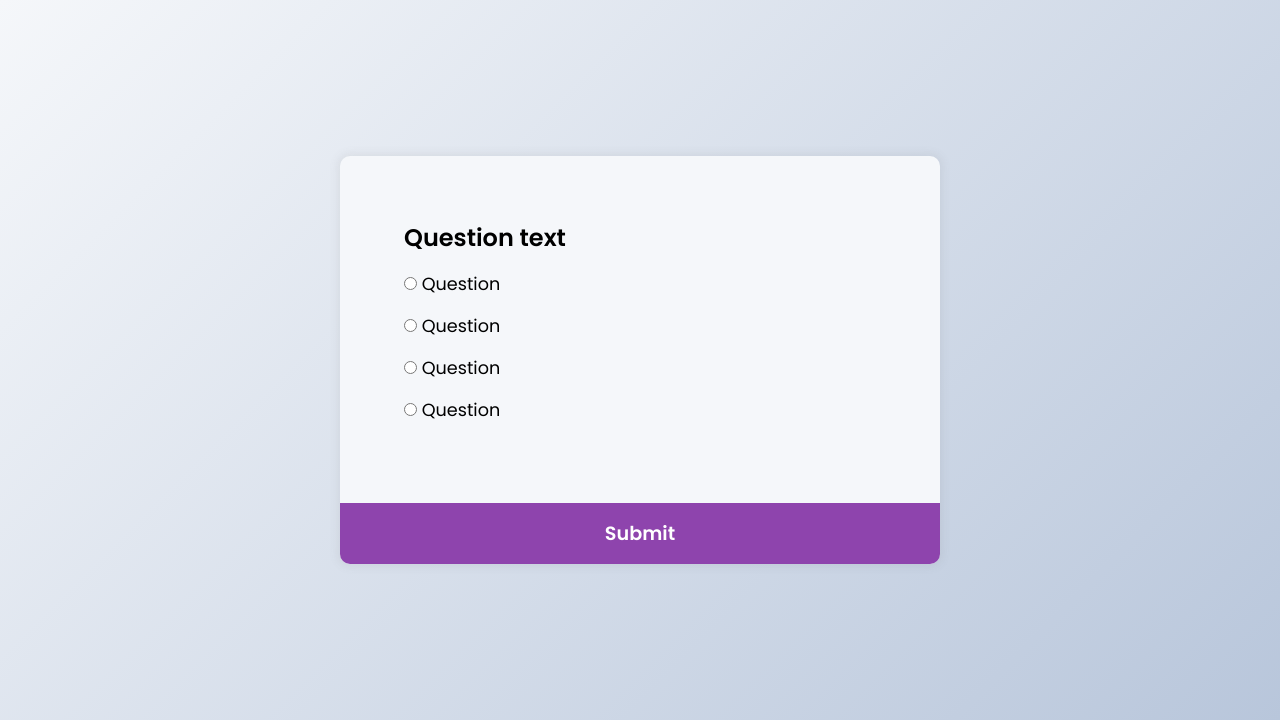
Repository: sevilgenysf/javascript-two
Page: index.html
These files come from the project's save history. The page is drawn as it stood at one moment and after the next save; the edit follows.
The browser window is 1280 px wide. The pictures show the whole page.

Above is the page before, as saved 2022-02-27 15:39:53.
Console error: ReferenceError: currentQuestion is not defined

### index.html
<!DOCTYPE html>
<html lang="en">

<head>
	<meta charset="UTF-8">
	<meta http-equiv="X-UA-Compatible" content="IE=edge">
	<meta name="viewport" content="width=device-width, initial-scale=1.0">
	<link rel="stylesheet" href="./style.css">
	<script src="./index.js" defer></script>
	<title>javascript Day two</title>
</head>

<body>
	<div>
		<div class="quiz-container">
			<div class="quiz-header">
				<h2 id="question">Question text</h2>
				<ul>
					<li>
						<input type="radio" id="a" name="answer">
						<label id="a_text" for="a">Question</label>
					</li>
				</ul>
				<ul>
					<li>
						<input type="radio" id="b" name="answer">
						<label id="b_text" for="b">Question</label>
					</li>
				</ul>
				<ul>
					<li>
						<input type="radio" id="c" name="answer">
						<label id="c_text" for="c">Question</label>
					</li>
				</ul>
				<ul>
					<li>
						<input type="radio" id="d" name="answer">
						<label id="d_text" for="d">Question</label>
					</li>
				</ul>
			</div>
			<button>Submit</button>
		</div>
	</div>
</body>

</html>

### style.css
@import url('https://fonts.googleapis.com/css2?family=Poppins:wght@400;600&family=Roboto:ital,wght@0,300;0,400;0,700;1,500&display=swap');

* {
	margin: 0;
	padding: 0;
	box-sizing: border-box;
}

body {
	display: flex;
	justify-content: center;
	align-items: center;
	background-color: #b8c6db;
	background-image: linear-gradient(315deg, #b8c6db 0%, #f5f7fa 100%);
	font-family: 'Poppins', sans-serif;
	min-height: 100vh;
}

.quiz-container {
	background-color: #f5f7fa;
	width: 600px;
	border-radius: 10px;
	box-shadow: 0 0 10px 2px rgba(100, 100, 100, 0.1);
	max-width: 100%;
	overflow: hidden;
}

.quiz-header {
	padding: 4rem;
}

ul {
	list-style: none;
	padding: 0;
}

ul li {
	font-size: 1.1rem;
	margin: 1rem 0;
}

h2 {
	margin: 0;
}

button {
	background-color: #8e44ad;
	width: 100%;
	padding: 1rem;
	color: #fff;
	font-family: inherit;
	border: none;
	cursor: pointer;
	font-size: 1.2rem;
	font-weight: 600;
	transition: all 0.2s ease-in-out;
}

button:hover {
	background-color: #732d91;
}

### index.js
const quizData = [
	{
		question: 'How old are you?',
		a: '25',
		b: '26',
		c: '27',
		d: '28',
		currect: 'c'
	},
	{
		question: 'What is the most used best programing language in 2019?',
		a: 'Java',
		b: 'C',
		c: 'Python',
		d: 'JavaScript',
		currect: 'a'
	},
	{
		qwstion: 'who is he President of USA?',
		a: 'Trump',
		b: 'Obama',
		c: 'Bush',
		d: 'Clinton',
		currect: 'b'
	},
	{
		question: 'What does HTML stand for?',
		a: 'Hyper Text Markup Language',
		b: 'Cascading style sheet',
		c: 'Jason Object Notation',
		d: 'Aplication Type Markup Language',
		currect: 'a'
	},
	{
		question: 'What year was javaScript launched?',
		a: '1995',
		b: '1996',
		c: '1997',
		d: 'none of the above',
		currect: 'd'
	}
];

const questionEl = document.getElementById('question');
const a_text = document.getElementById('a_text');
const b_text = document.getElementById('b_text');
const c_text = document.getElementById('c_text');
const d_text = document.getElementById('d_text');

let currentQuiz = 0;

loadQuiz();
const currentQuizData = quizData;
console.log(currentQuizData);

function loadQuiz() {
	const currentQuizData = quizData[currentQuestion];
	questionEl.innerText = currentQuizData.question;
	a_text.innerText = currentQuizData.a;
	b_text.innerText = currentQuizData.b;
	c_text.innerText = currentQuizData.c;
	d_text.innerText = currentQuizData.d;
	currentQuestion++;
}

After the next save:
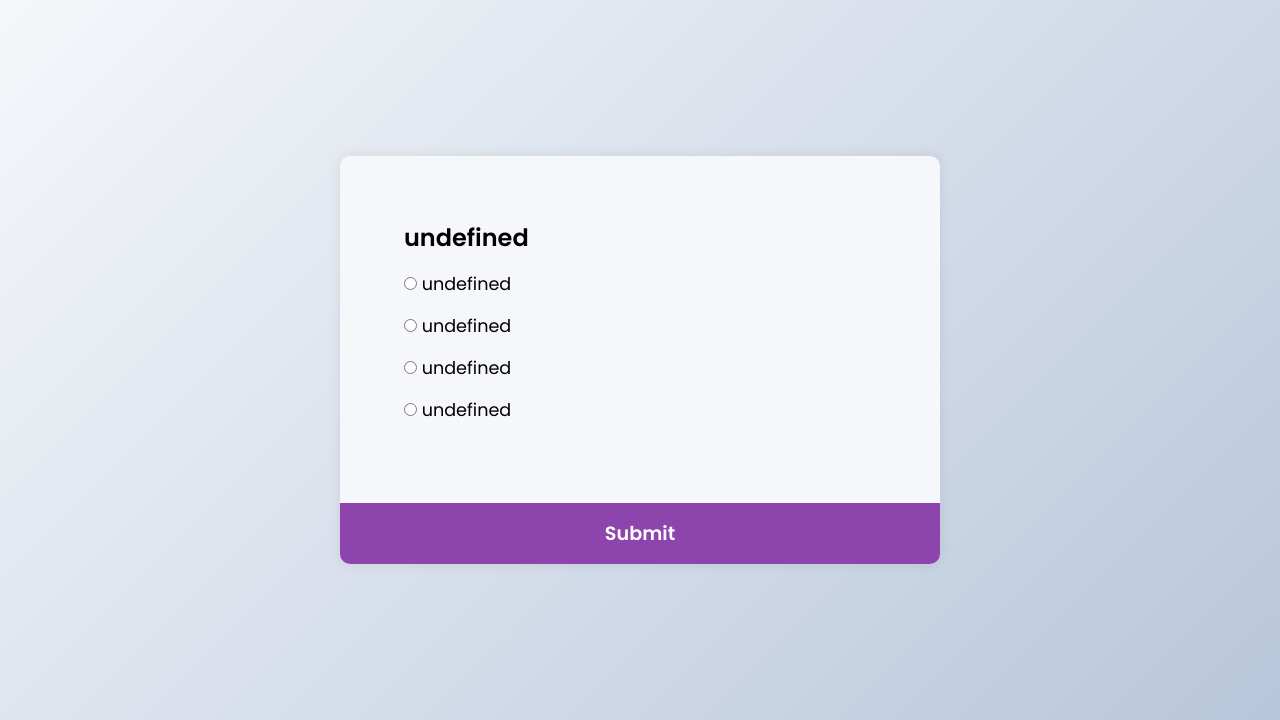
Saved 8 s later.
--- a/index.js
+++ b/index.js
@@ -54,7 +54,7 @@
 console.log(currentQuizData);
 
 function loadQuiz() {
-	const currentQuizData = quizData[currentQuestion];
+	const currentQuizData = quizData;
 	questionEl.innerText = currentQuizData.question;
 	a_text.innerText = currentQuizData.a;
 	b_text.innerText = currentQuizData.b;

After the 2 saves that followed:
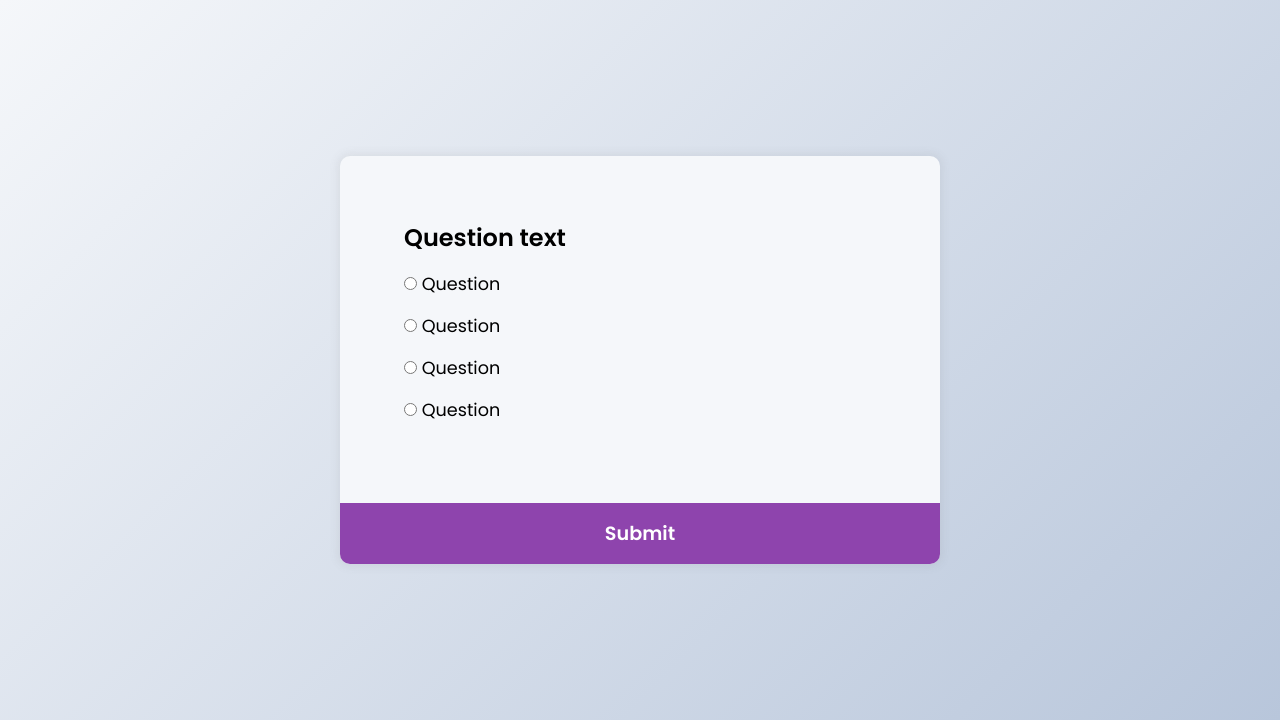
The 2 saves are shown as one change because 1 left the picture as it was.
The last was saved 26 s later.
--- a/index.js
+++ b/index.js
@@ -50,11 +50,11 @@
 let currentQuiz = 0;
 
 loadQuiz();
-const currentQuizData = quizData;
-console.log(currentQuizData);
+const currentQuizData = quizData[currentQuestion];
+console.log(currentQuestion);
 
 function loadQuiz() {
-	const currentQuizData = quizData;
+	const currentQuizData = quizData[currentQuestion];
 	questionEl.innerText = currentQuizData.question;
 	a_text.innerText = currentQuizData.a;
 	b_text.innerText = currentQuizData.b;
